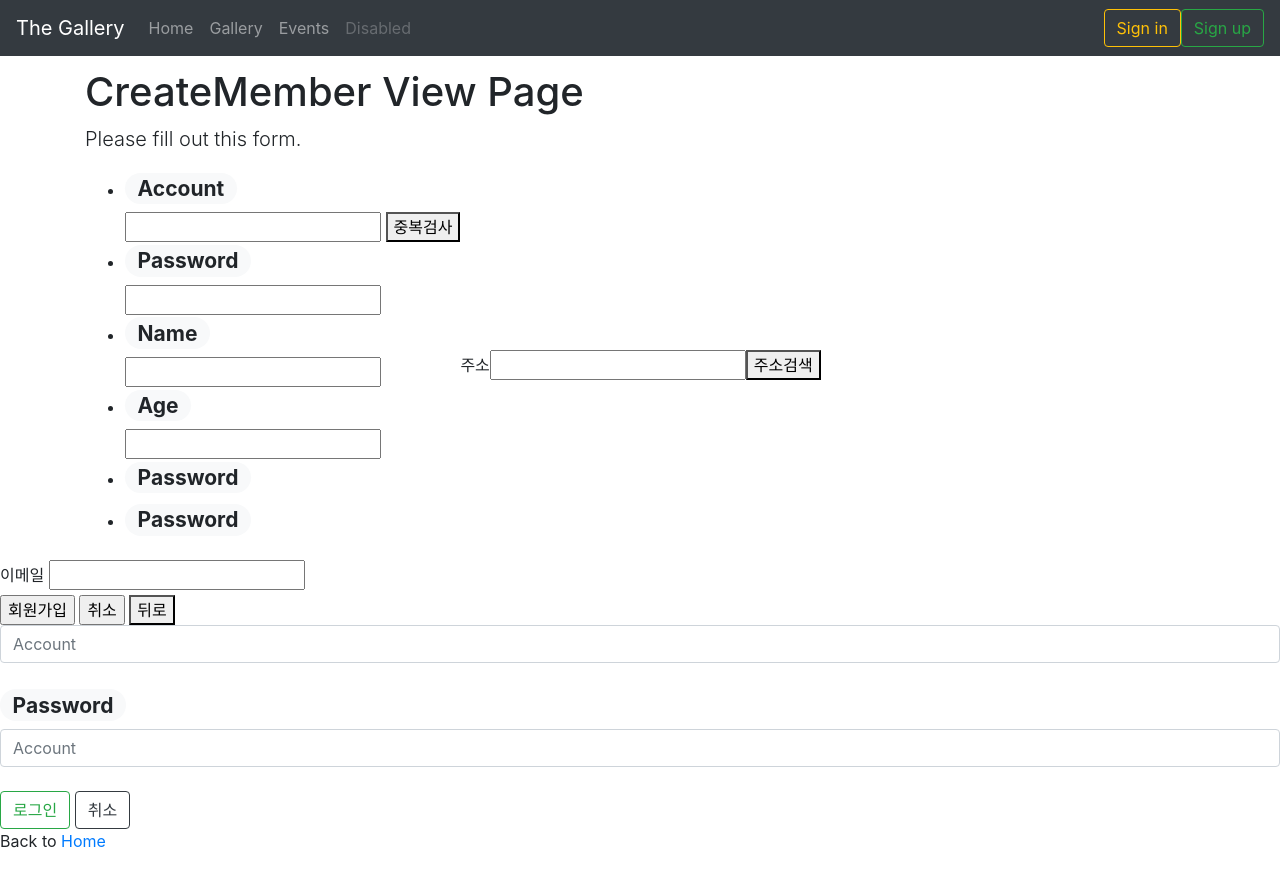
Repository: caramelsyrup/SpringProject1
Page: http://localhost/gallery/WEB-INF/views/member/createMember.jsp
The author's editor kept a copy of each file at every save. The page is drawn from the files as they stood at one save, then again after the next save.
The browser window is 1280 px wide. The pictures show the whole page.
The page is served by Tomcat 9. Nobody is signed in. Other server files are loaded and not shown. The template is opened directly, without the code that normally fills it, so the values that code supplies are empty.

Above is the page before, as saved 2020-11-17 03:47:02.

### gallery/src/main/webapp/WEB-INF/views/member/createMember.jsp
<%@ page language="java" contentType="text/html; charset=UTF-8" pageEncoding="UTF-8"%>
<%@ include file="/resources/includes/header.jsp" %>
<!DOCTYPE html>
<html>
<head>
<meta charset="UTF-8">
<title>createMember Page</title>
</head>
<main role="main" class="flex-shrink-1" style="margin-top: 20px">
  <div class="container">
    <h1 class="mt-5">CreateMember View Page</h1>
    <p class="lead">Please fill out this form.</p>
    <form  class="form-inline mt-2 mt-md-0" action="/member/createMember" method="post" id="createForm">
		<ul>
			<li>
				<h3><span class="badge badge-pill badge-light">Account</span></h3>
				<!-- 회원 아이디, 시큐리티 떄문에 username으로 정함 -->
				<input type="text" name="username" id="username"/>
				<button type="button" id="btnIDchk">중복검사</button>
			</li>
			<li>
				<h3><span class="badge badge-pill badge-light">Password</span></h3>
				<!-- 회원 비밀번호 -->
				<input type="password" name="password" id="password"/>
			</li>
			<li>
				<h3><span class="badge badge-pill badge-light">Name</span></h3>
				<!-- 회원 이름 -->
				<input type="text" name="membername" id="membername"/>
			</li>
			<li>
				<h3><span class="badge badge-pill badge-light">Age</span></h3>
				<!-- 회원 나이 -->
				<input type="text" name="age" id="age"/>
			</li>
			<li>
				<h3><span class="badge badge-pill badge-light">Password</span></h3>
			</li>
			<li>
				<h3><span class="badge badge-pill badge-light">Password</span></h3>
			</li>
		</ul>

			<label>주소</label>
			<!-- 회원 주소 -->
			<input type="text" name="address" id="address"/>
			<button type="button" id="btnAddr">주소검색</button>
		</div>
		<div>
			<label>이메일</label>
			<!-- 회원 이메일주소 -->
			<input type="email" name="email" id="email"/>
		</div>
		<input type="button" id="btndoCreate" value="회원가입">
		<input type="reset" value="취소">
			<button type="button" onclick="history.back()">뒤로</button>
	</form>

        	<input class="form-control mr-sm-2" type="text" placeholder="Account" aria-label="Search" name="username" id="username"><br>
	    <h3><span class="badge badge-pill badge-light">Password</span></h3>
	    	<input class="form-control mr-sm-2" type="text" placeholder="Account" aria-label="Search" name="username" id="username"><br>
        <input class="btn btn-outline-success my-2 my-sm-0" type="button" id="btnLogin" value="로그인">
        <input class="btn btn-outline-dark my-2 my-sm-0" type="reset" value="취소">
   <p>Back to <a href="/">Home</a></p>
  </div>
  	<script src="/resources/js/member.js"></script>
</main>


</body>
</html>

### gallery/src/main/webapp/resources/includes/header.jsp
<%@ taglib prefix="c" uri="http://java.sun.com/jsp/jstl/core" %>
<!DOCTYPE html>
<html>
<head>
<meta charset="UTF-8">
    <meta charset="utf-8">
    <meta name="viewport" content="width=device-width, initial-scale=1, shrink-to-fit=no">
    <meta name="description" content="">
    <meta name="author" content="Mark Otto, Jacob Thornton, and Bootstrap contributors">
    <meta name="generator" content="Jekyll v4.1.1">
<script src="https://code.jquery.com/jquery-3.5.1.js" integrity="sha256-QWo7LDvxbWT2tbbQ97B53yJnYU3WhH/C8ycbRAkjPDc=" crossorigin="anonymous"></script>
<!-- Latest compiled and minified CSS -->
<link rel="stylesheet" href="https://stackpath.bootstrapcdn.com/bootstrap/4.5.2/css/bootstrap.min.css">
<!-- Latest compiled JavaScript -->
<script src="https://stackpath.bootstrapcdn.com/bootstrap/4.5.2/js/bootstrap.min.js"></script>
</head>
<!-- 최상단 -->
<body class="d-flex flex-column h-100">
    <header>
  <!-- Fixed navbar -->
  <nav class="navbar navbar-expand-md navbar-dark fixed-top bg-dark">
    <a class="navbar-brand" href="#">The Gallery</a>
    <button class="navbar-toggler" type="button" data-toggle="collapse" data-target="#navbarCollapse" aria-controls="navbarCollapse" aria-expanded="false" aria-label="Toggle navigation">
      <span class="navbar-toggler-icon"></span>
    </button>
    <div class="collapse navbar-collapse" id="navbarCollapse">
      <ul class="navbar-nav mr-auto">
        <li class="nav-item">
          <a class="nav-link" href="#">Home <!-- <span class="sr-only">(current)</span> --> </a>
        </li>
        <li class="nav-item">
          <a class="nav-link" href="#">Gallery</a>
        </li>
        <li class="nav-item">
          <a class="nav-link" href="#">Events</a>
        </li>
        <li class="nav-item">
	        <c:if test="${member.auth==0}">
	          <a class="nav-link" href="#">Info</a>
	        </c:if>
        </li>
        <li class="nav-item">
          <a class="nav-link disabled" href="#" tabindex="-1" aria-disabled="true">Disabled</a>
        </li>
      </ul>
       <c:choose>
       	<c:when test="${empty member.username}">
       		<a class="btn btn-outline-warning my-2 my-sm-0" href="/member/createMember">Sign in</a>
      		<a class="btn btn-outline-success my-2 my-sm-0" href="/customLogin">Sign up</a>
      	</c:when>
      	<c:otherwise>
        	<a class="btn btn-outline-success my-2 my-sm-0" href="/customLogout">Logout</a>
        </c:otherwise>
        </c:choose>
    </div>
  </nav>
</header>

Loaded but not shown: gallery/src/main/webapp/resources/js/member.js (no copy from this time; the picture is the same without it)

After the next save:
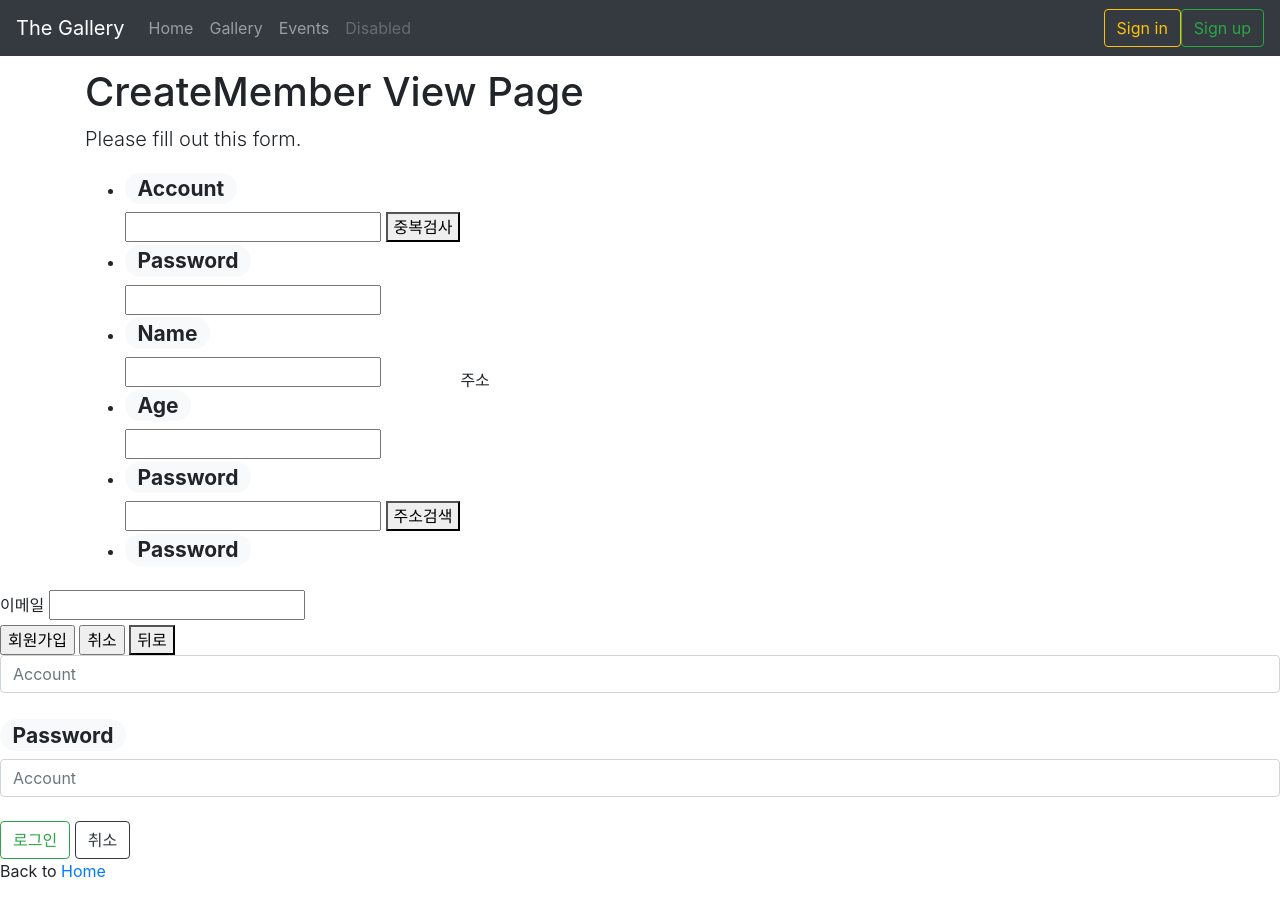
Saved 6 s later.
--- a/gallery/src/main/webapp/WEB-INF/views/member/createMember.jsp
+++ b/gallery/src/main/webapp/WEB-INF/views/member/createMember.jsp
@@ -35,6 +35,9 @@
 			</li>
 			<li>
 				<h3><span class="badge badge-pill badge-light">Password</span></h3>
+							<!-- 회원 주소 -->
+			<input type="text" name="address" id="address"/>
+			<button type="button" id="btnAddr">주소검색</button>
 			</li>
 			<li>
 				<h3><span class="badge badge-pill badge-light">Password</span></h3>
@@ -42,9 +45,7 @@
 		</ul>
 
 			<label>주소</label>
-			<!-- 회원 주소 -->
-			<input type="text" name="address" id="address"/>
-			<button type="button" id="btnAddr">주소검색</button>
+
 		</div>
 		<div>
 			<label>이메일</label>
